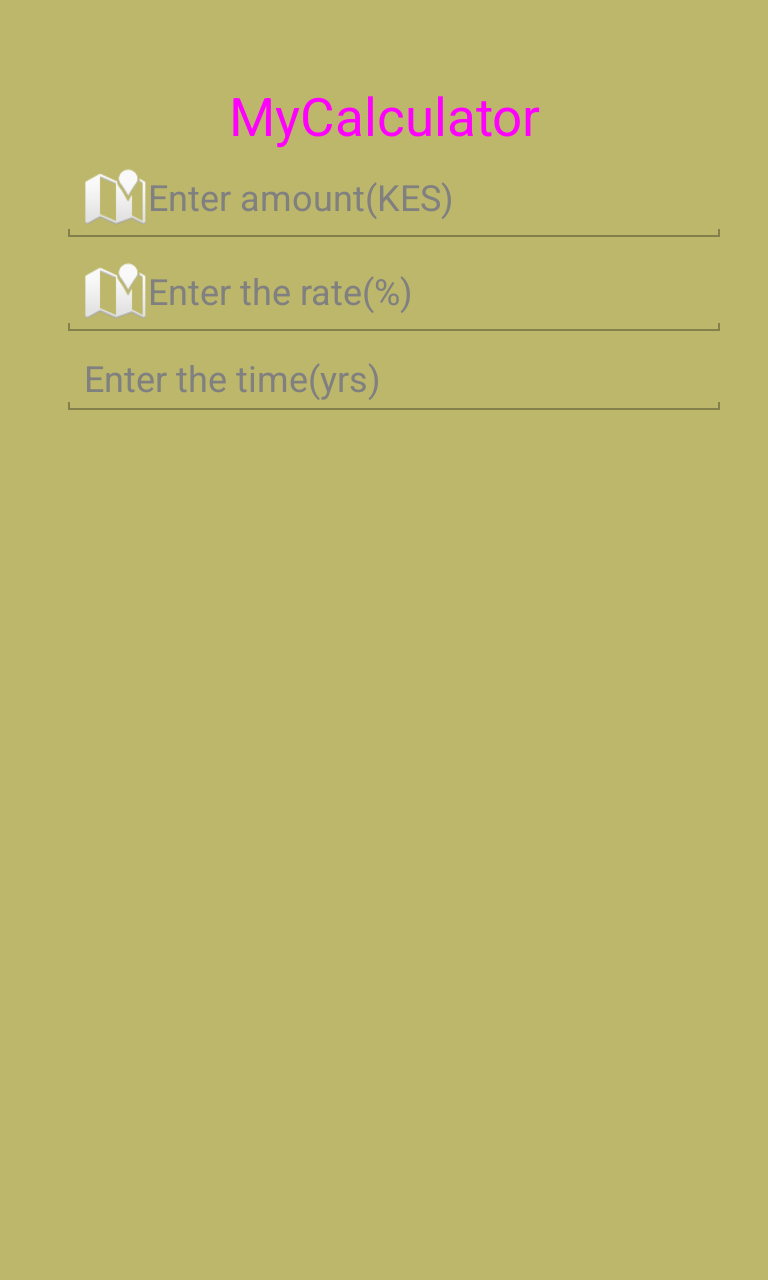
Repository: njiiriJohnii/Android-projects
Layout: MySimpleCalc/res/layout/activity_main.xml
The author's editor kept a copy of each file at every save. The layout is drawn from the files as they stood at one save, then again after the next save.
It is drawn on a 768 x 1280 px phone screen (xhdpi) without system bars, with theme AppTheme; the app's code is not run.

Above is the layout before, as saved 2014-05-29 08:40:43.

### MySimpleCalc/res/layout/activity_main.xml
<LinearLayout xmlns:android="http://schemas.android.com/apk/res/android"
    android:layout_width="fill_parent"
    android:layout_height="fill_parent"
    android:orientation="vertical"
    android:background="#BDB76B">
    <TextView
        android:layout_width="fill_parent"
        android:layout_height="wrap_content"
        android:text="MyCalculator"
        android:layout_marginTop="40dp"
        android:gravity="center"
        android:textColor="#FF00FF"
        android:textSize="12pt"
        />
    <EditText
        android:id="@+id/amount"
        android:layout_width="fill_parent"
        android:layout_height="wrap_content"
        android:hint="Enter amount(KES)"
        android:layout_marginLeft="30dp"
        android:layout_marginRight="20dp"
        android:drawableLeft="@android:drawable/ic_dialog_map"
        />
     <EditText
        android:id="@+id/rate"
        android:layout_width="fill_parent"
        android:layout_height="wrap_content"
        android:hint="Enter the rate(%)"
        android:layout_marginLeft="30dp"
        android:layout_marginRight="20dp"
        android:drawableLeft="@android:drawable/ic_dialog_map"
        />
     <EditText
         android:id="@+id/time"
         android:layout_width="fill_parent"
         android:layout_height="wrap_content"
         android:hint="Enter the time(yrs)"
         android:layout_marginLeft="30dp"
        android:layout_marginRight="20dp"

         />


</LinearLayout>

Loaded but not shown: MySimpleCalc/res/values/styles.xml (common file); MySimpleCalc/res/values-v11/styles.xml (common file); MySimpleCalc/res/values-v14/styles.xml (common file)

After the next save:
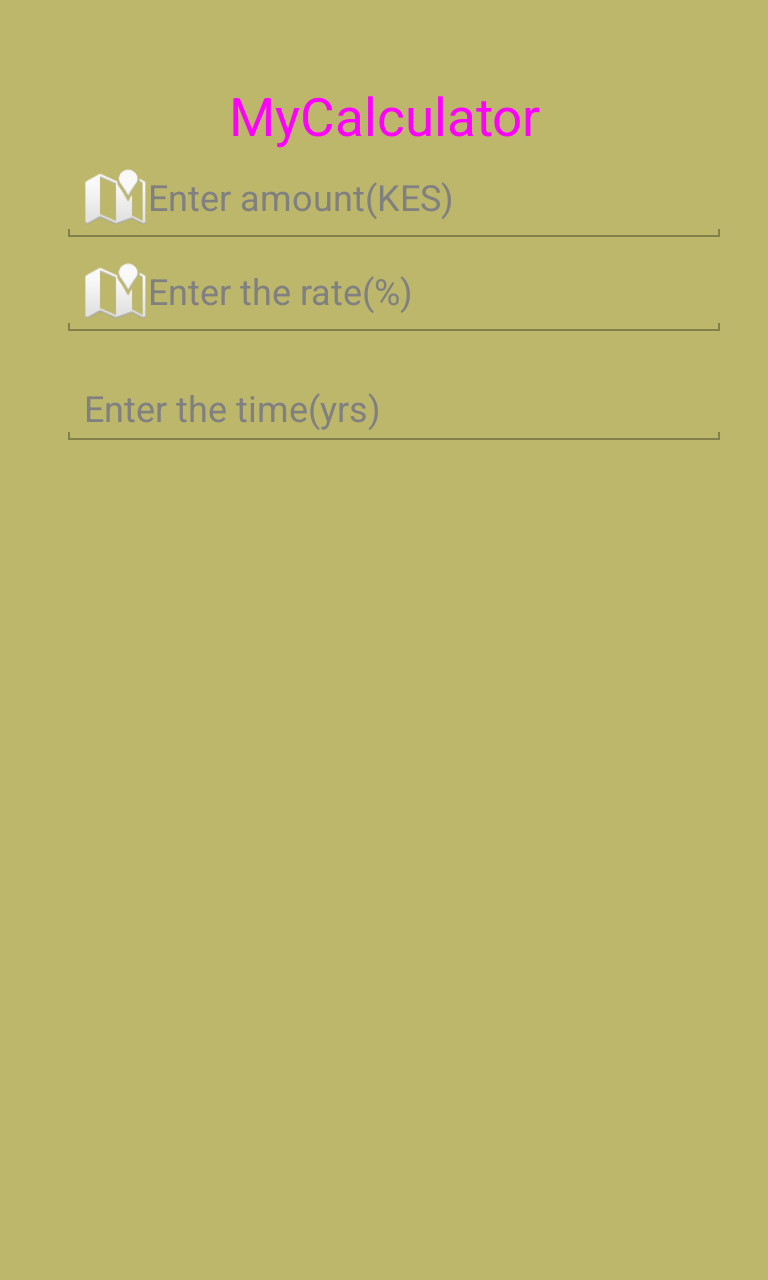
Saved 18 s later.
--- a/MySimpleCalc/res/layout/activity_main.xml
+++ b/MySimpleCalc/res/layout/activity_main.xml
@@ -37,6 +37,7 @@
          android:hint="Enter the time(yrs)"
          android:layout_marginLeft="30dp"
         android:layout_marginRight="20dp"
+        android:layout_marginTop="15dp"
 
          />
 
